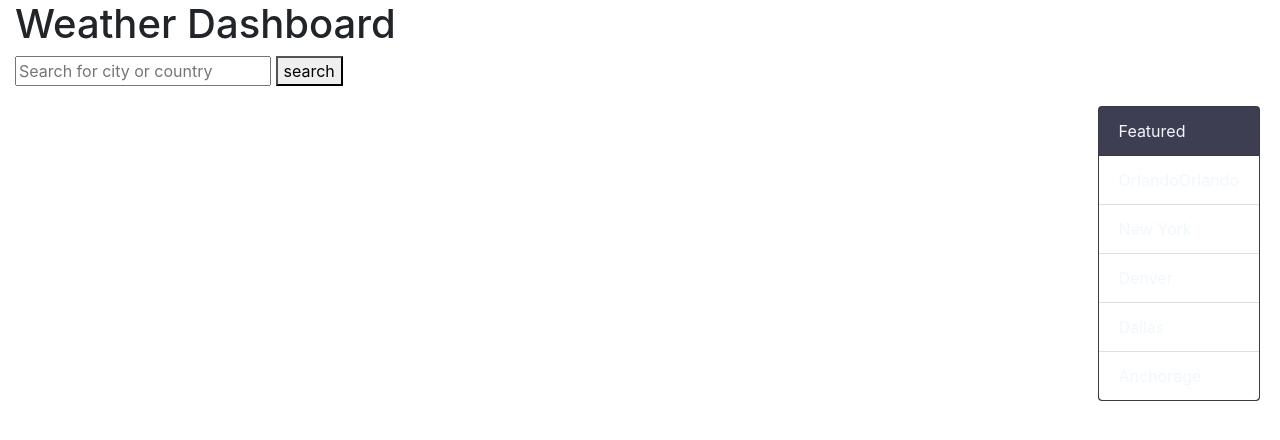
Repository: cobalt88/weather-forecast-app
Page: index.html
These files come from the project's save history. The page is drawn as it stood at one moment and after the next save; the edit follows.
The browser window is 1280 px wide. The pictures show the whole page.
Some web libraries are served in a nearby version.

Above is the page before, as saved 2022-05-21 16:41:19.

### index.html
<!DOCTYPE html>
<html lang="en">
  <head>
    <meta charset="UTF-8" />
    <meta http-equiv="X-UA-Compatible" content="IE=edge" />
    <meta name="viewport" content="width=device-width, initial-scale=1.0" />
    <link
      rel="stylesheet"
      href="https://stackpath.bootstrapcdn.com/bootstrap/4.3.1/css/bootstrap.min.css"
    />
    <link
      rel="stylesheet"
      href="https://use.fontawesome.com/releases/v5.8.1/css/all.css"
      integrity="sha384-50oBUHEmvpQ+1lW4y57PTFmhCaXp0ML5d60M1M7uH2+nqUivzIebhndOJK28anvf"
      crossorigin="anonymous"
    />
    <link
      href="https://fonts.googleapis.com/css?family=Open+Sans&display=swap"
      rel="stylesheet"
    />

    <link href="./assets/style.css" rel="stylesheet" />
    <title>Weather</title>
  </head>

  <body>
    <header>
      <h1 class="center col-12">Weather Dashboard</h1>
    </header>
    <div class="col-xl-4 col-lg-4 col-md-4 col-sm-4 col-4">
      <input
        type="text"
        id="searchInput"
        placeholder="Search for city or country"
      />
      <button type="button" id="search-button">search</button>
    </div>
    <div id="current-day" class="cardContainer">
      <div class="card" id="history">
        <ul class="list-group list-group-flush">

        </ul>
      </div>
    </div>
    <div id="5-day-container" class="cardContainer">
    </div>
    <script src="https://code.jquery.com/jquery-3.4.1.min.js"></script>
    <script src="https://cdnjs.cloudflare.com/ajax/libs/moment.js/2.20.1/moment.min.js"></script>
    <script src="./assets/logic_2.js"></script>
  </body>
</html>

### assets/style.css
.card {
  display: flex;
  background-color: rgb(65, 65, 85);
  color: aliceblue;
  margin: 20px;
}

#today {
  display: flex;
  width: 60%;
  max-height: 500px;
  align-self: flex-end;
}

img {
  max-height: 100px;
  max-width: 100px;
}

.cardContainer {
  display: flex;
  flex-direction: row;
  justify-content: flex-end;
  flex-wrap: wrap;
}

.cityList {
  display: flex;
  flex-direction: row;
  width: 25%;
  max-width: 500px;
}

.uvMin{
  color: green;
}

.uvModerate {
  color: rgb(254, 254, 68);
}

.uvHigh {
  color: orange;
}

.uvSevere {
  color: red;
}

.uvExtreme {
  color: violet
}

### assets/logic_2.js

const apiKey = '486a30fe2a4040f404391459060015ad';
var displayArr = [];
var geoArr = [];
var oneCallDataArr = [];
var searchInput = localStorage.getItem('lastSearch');
var lat = '';
var lon = '';
var forecastContainer = document.getElementById('5-day-container');
var currentDay = document.getElementById('current-day');
const history = document.getElementById('history');
const historyArr = ['Orlando', 'New York', 'Denver', 'Dallas', 'Anchorage'];

function geoLocate() {
  var requestLocationUrl = `https://api.openweathermap.org/geo/1.0/direct?q=${searchInput}&limit=1&appid=${apiKey}`
  fetch(requestLocationUrl)
  .then(function(response){
    return response.json();
  })
  .then(function(currentLocation) {
    let tempArr = [];
    tempArr.push(currentLocation);
    geoArr = tempArr;
    let lat2 = geoArr[0][0].lat;
    lat = lat2;
    let lon2 = geoArr[0][0].lon;
    lon = lon2;
  })
.then(function(){
    oneCall();
  });
};

function oneCall() {
  let oneCallApi = `https://api.openweathermap.org/data/2.5/onecall?lat=${lat}&lon=${lon}&exclude=minutely&appid=${apiKey}`
  fetch(oneCallApi)
  .then(function(response){
    return response.json();
  })
  .then(function(allData) {
    let tempArr = [];
    tempArr.push(allData)
    oneCallDataArr = tempArr;
    forecastDisplayHandler();
  })
  .then(function(){
    // console.log(oneCallDataArr)
  })
};

  function kelvinToImperial (x) {
    Math.round((x - 273.15) * 1.8 + 32);
  }



const forecastDisplayHandler = async() => {
  forecastContainer.innerHTML = '';
  var now = moment().format('dddd MMMM do YYYY, h:mm a');
  var currentCity = geoArr[0][0].name;
  //note to self, add function to convert current time to unix time with moments and compare to values in this object to get current temp
  let tempKd = oneCallDataArr[0].daily[0].temp.day;
  let tempKmax = oneCallDataArr[0].hourly[0].temp.max;
  let tempKmin = oneCallDataArr[0].daily[0].temp.min;
  let tempKe = oneCallDataArr[0].daily[0].temp.eve;

  let tempFd = Math.round((tempKd - 273.15) * 1.8 + 32);
  let tempFmin = Math.round((tempKmin - 273.15) * 1.8 + 32);
  let tempFmax = Math.round((tempKmax - 273.15) * 1.8 + 32);
  let tempFe = Math.round((tempKe - 273.15) * 1.8 + 32);

  let windSpeed = oneCallDataArr[0].daily[0].wind_speed;
  let windGust = oneCallDataArr[0].daily[0].wind_gust;
  let windDir = oneCallDataArr[0].daily[0].wind_deg;
  let humidity = oneCallDataArr[0].daily[0].humidity;
  let uvIndex = oneCallDataArr[0].daily[0].uvi;
  let icon = oneCallDataArr[0].daily[0].weather[0].icon;
  let uvStyle = (uvIndex < 2) ? 'uvMin' : (uvIndex < 5) ? 'uvModerate' : (uvIndex < 7) ? 'uvHigh' : (uvIndex < 10) ? 'uvSevere' : 'uvExtreme';


  let iconSrc = `https://openweathermap.org/img/wn/${icon}@2x.png`

   currentDay.innerHTML =
  `
    <div class="card" id="today">
    <h2 id="city">${currentCity}</h2>
    <h4 id="date">${now}</h4>
    <img src="${iconSrc}" alt="Weather Icon">
    <p id="weather-${i}></p>
    <p id="temp-${i}">Day Temp: ${tempFd}</p>
    <p id="temp-${i}">Evening Temp: ${tempFe}</p>
    <p id="temp-${i}">Max Temp: ${tempFmax}</p>
    <p id="temp-${i}">Min Temp: ${tempFmin}</p>
    <p id="wind-${i}">Average Wind Speed: ${windSpeed}</p>
    <p id="wind-${i}">Wind Gust: ${windGust}</p>
    <p id="humidity-${i}">Relative Humidity: ${humidity}%</p>
    <p id="uv-index${i}" class="${uvStyle}">UV Index: ${uvIndex}</p>
    </div>`;



for (var i = 1; i < 6; i++) {

  let unixTime = oneCallDataArr[0].daily[i].dt;
  let dateString = moment.unix(unixTime).format("MM/DD/YYYY");

  let tempKd = oneCallDataArr[0].daily[i].temp.day;
  let tempKe = oneCallDataArr[0].daily[i].temp.eve;
  let tempKmax = oneCallDataArr[0].daily[i].temp.max;
  let tempKmin = oneCallDataArr[0].daily[i].temp.min;

  let tempFd = Math.round((tempKd - 273.15) * 1.8 + 32);
  // let tempFd = kelvinToImperial(tempKd);
  let tempFe = Math.round((tempKe - 273.15) * 1.8 + 32);
  let tempFmin = Math.round((tempKmin - 273.15) * 1.8 + 32);
  let tempFmax = Math.round((tempKmax - 273.15) * 1.8 + 32);

  let humidity = oneCallDataArr[0].daily[i].humidity;
  let uvIndex = oneCallDataArr[0].daily[i].uvi;
  let icon = oneCallDataArr[0].daily[i].weather[0].icon;
  let uvStyle = (uvIndex < 2) ? 'uvMin' : (uvIndex < 5) ? 'uvModerate' : (uvIndex < 7) ? 'uvHigh' : (uvIndex < 10) ? 'uvSevere' : 'uvExtreme';


  let iconSrc = `https://openweathermap.org/img/wn/${icon}@2x.png`

  forecastContainer.innerHTML +=
      `
      <div id="day ${i}" class="card col-2">
        <h2 id="date" class="card-title">${dateString}</h2>
          <img src="${iconSrc}" class="card-img-top" alt="Weather Icon"/>
            <p id="weather-${i}></p>
            <p id="temp-${i}">Max Temp: ${tempFmin}</p>
            <p id="temp-${i}">Min Temp: ${tempFmax}</p>
            <p id="humidity-${i}">Relative Humidity: ${humidity}%</p>
            <p id="uv-index${i}" class="${uvStyle}">UV Index: ${uvIndex}</p>
      </div>
    `
};
}



const storage = () => {
  storedStuff = localStorage.getItem(city);
  history.push(storedStuff);
}

function displayHistory() {
for(var i = 0; i < searchHistoryArr.length; i++) {

  if (i < 5) {
    var text = searchHistoryArr[i];

    historyContainer.innerHTML +=
      `<li>${text}</li>`
    }
  }
}

$("#search-button").on("click", function () {
  searchInput = $(this).siblings("#searchInput").val();
  localStorage.setItem('city', searchInput);
  geoLocate();
  storage();
});



$(document).ready(function(){
  history.innerHTML = `
  <div class="card-header">
    Featured
  </div>
  <ul class="list-group list-group-flush">
    <li class="list-group-item"> Orlando${historyArr[0]} </li>
    <li class="list-group-item"> ${historyArr[1]} </li>
    <li class="list-group-item"> ${historyArr[2]} </li>
    <li class="list-group-item"> ${historyArr[3]} </li>
    <li class="list-group-item"> ${historyArr[4]} </li>
  </ul>
`;

console.log(historyArr[0])
  // loadStorage()
  // displayHistory()
} );

After the next save:
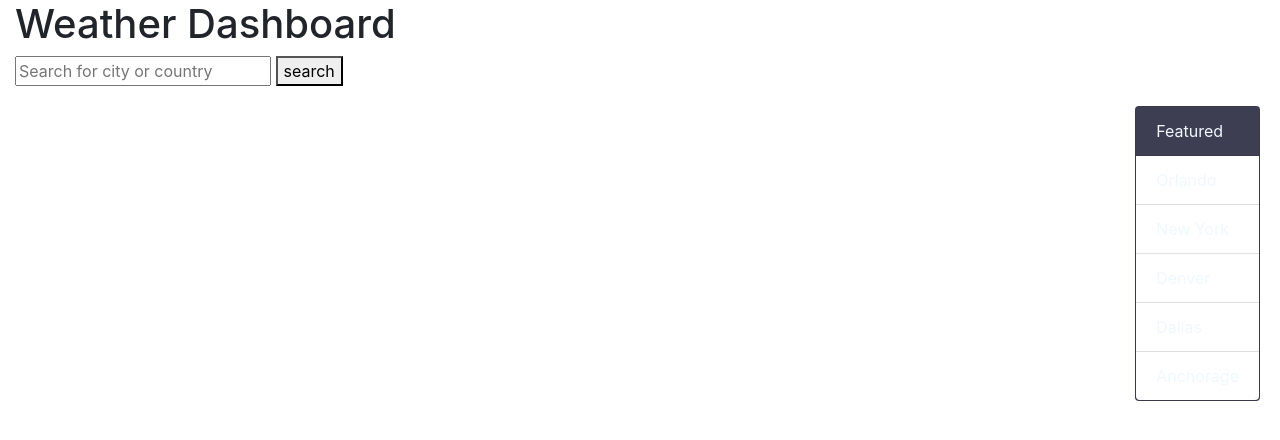
Saved 14 s later.
--- a/assets/logic_2.js
+++ b/assets/logic_2.js
@@ -172,7 +172,7 @@ $(document).ready(function(){
     Featured
   </div>
   <ul class="list-group list-group-flush">
-    <li class="list-group-item"> Orlando${historyArr[0]} </li>
+    <li class="list-group-item"> ${historyArr[0]} </li>
     <li class="list-group-item"> ${historyArr[1]} </li>
     <li class="list-group-item"> ${historyArr[2]} </li>
     <li class="list-group-item"> ${historyArr[3]} </li>
